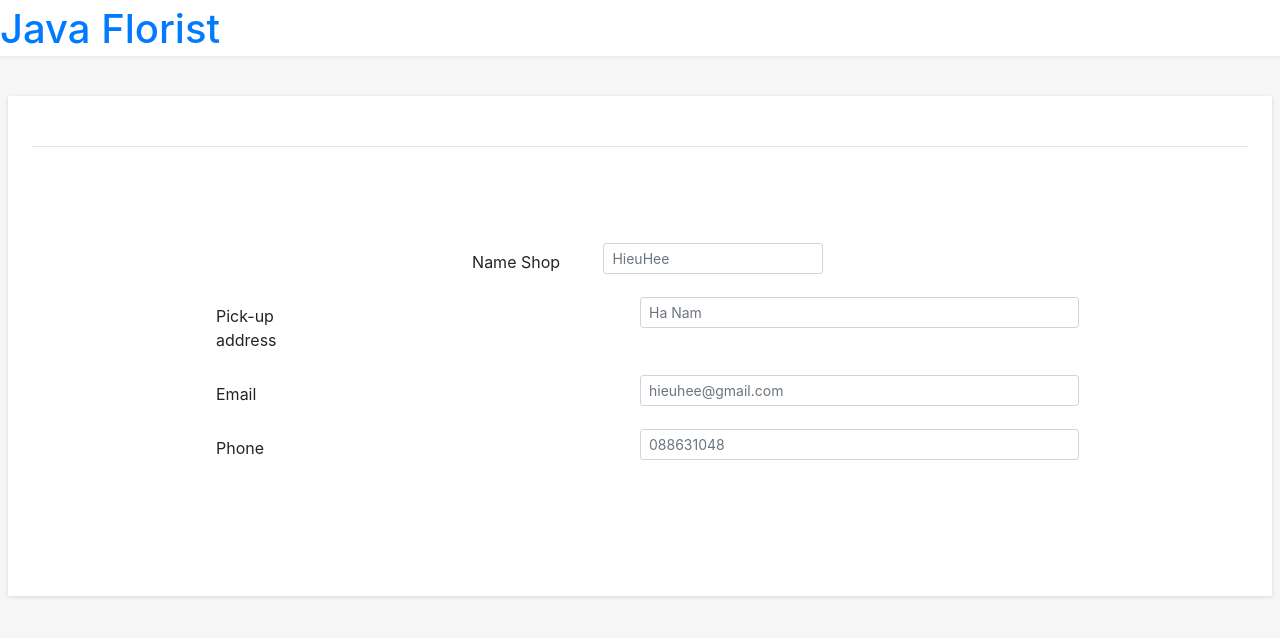
Repository: hienttm/flower-java-florist
Page: JavaFlorist/JavaFlorist/wwwroot/BecomePartner/index.html
An editor plug-in stored every save of this project. The page is shown before and after the next save, followed by the edit.
The browser window is 1280 px wide. The pictures show the whole page.
Some web libraries are served in a nearby version.

Above is the page before, as saved 2023-12-29 18:03:21.

After the next save:
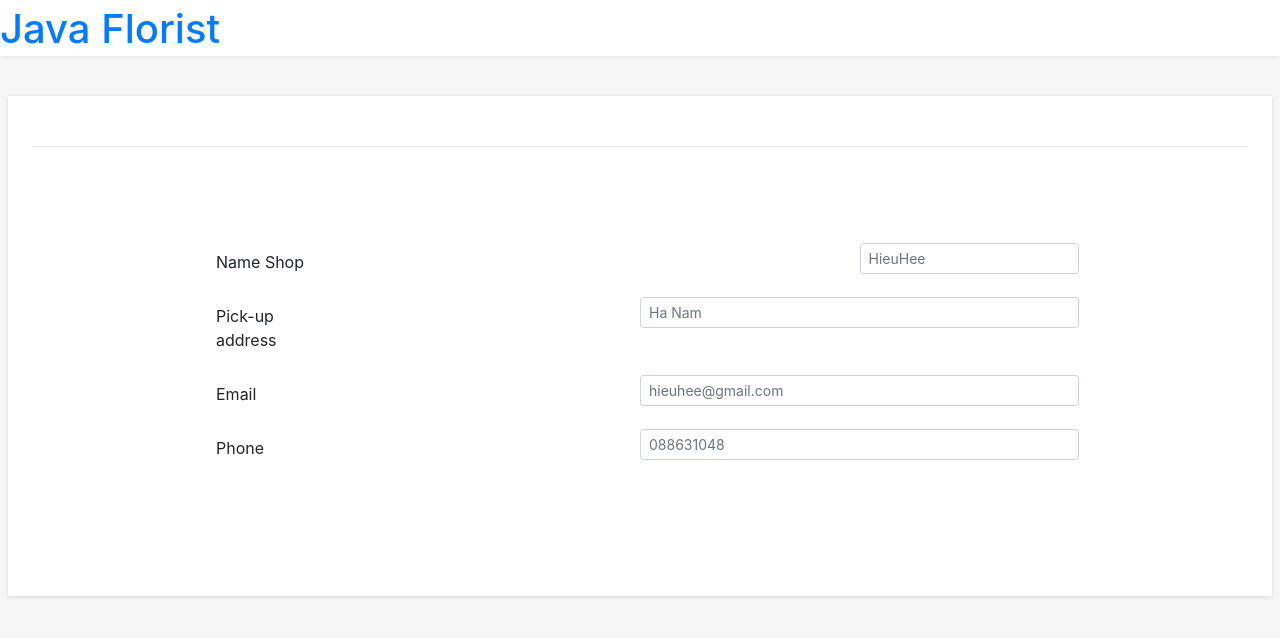
Saved 4 s later.
--- a/JavaFlorist/JavaFlorist/wwwroot/BecomePartner/index.html
+++ b/JavaFlorist/JavaFlorist/wwwroot/BecomePartner/index.html
@@ -30,7 +30,7 @@
                         <div class="steps-header"></div>
                         <div class="form-input">
                             <form class="p-5">
-                                <div class="form-group row justify-content-center">
+                                <div class="form-group row justify-content-between">
                                   <label for="text" class="col-sm-2 col-form-label">Name Shop</label>
                                   <div class="w-25">
                                     <input class="form-control form-control-sm" type="text" placeholder="HieuHee">
